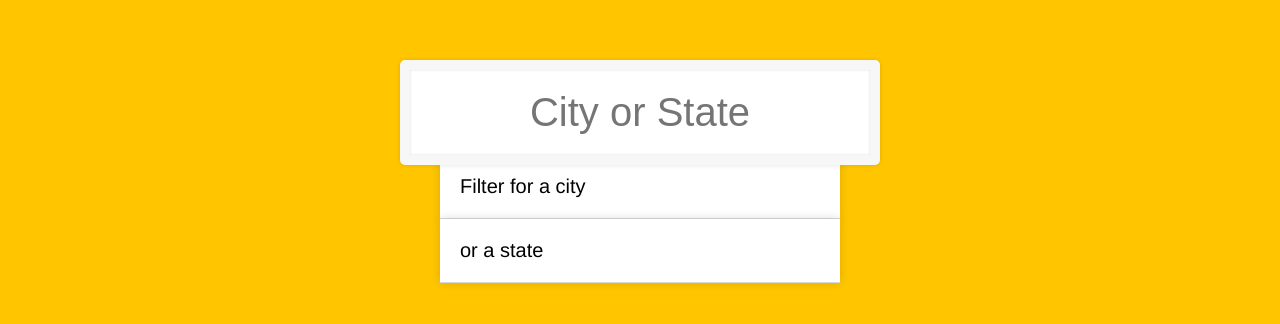
Repository: Saieebawake/Type-Ahead-City-or-State-Search
Page: index.html
These files come from the project's save history. The page is drawn as it stood at one moment and after a run of saves; the edit follows.
The browser window is 1280 px wide. The pictures show the whole page.
The page's requests for data from a server got no answer.

Above is the page before, as saved 2026-09-27 20:40:14.

### index.html
<!DOCTYPE html>
<html lang="en">
<head>
    <meta charset="UTF-8">
    <meta name="viewport" content="width=device-width, initial-scale=1.0">
    <title>Type Ahead</title>
    <link rel="stylesheet" href="style.css">
</head>
<body>
    <form class="search-form">
        <input type="text" class="search" placeholder="City or State">
        <ul class="suggestions">
            <li>Filter for a city</li>
            <li>or a state</li>
        </ul>
    </form>
    <script src="script.js"></script>
</body>
</html>

### style.css
html {
    box-sizing: border-box;
    background: #ffc600;
    font-family: 'helvetica neue';
    font-size: 20px;
    font-weight: 200;
}

*, *:before, *:after {
    box-sizing: inherit;
}

input {
    width: 100%;
    padding: 20px;
}

.search-form {
    max-width: 400px;
    margin: 50px auto;
}

input.search {
    margin: 0;
    text-align: center;
    outline: 0;
    border: 10px solid #f7f7f7;
    width: 120%;
    left: -10%;
    position: relative;
    top: 10px;
    z-index: 2;
    border-radius: 5px;
    font-size: 40px;
    box-shadow: 0 0 5px rgba(0, 0, 0, 0.12), inset 0 0 2px rgba(0, 0, 0, 0.19);
}

.suggestions {
    margin: 0;
    padding: 0;
    position: relative;
}

.suggestions li {
    background: white;
    list-style: none;
    border-bottom: 1px solid #d8d8d8;
    box-shadow: 0 0 10px rgba(0, 0, 0, 0.14);
    margin: 0;
    padding: 20px;
    transition: background 0.2s;
    display: flex;
    justify-content: space-between;
    text-tran
}

### script.js
const endpoint = 'https://gist.githubusercontent.com/Miserlou/c5cd8364bf9b2420bb29/raw/2bf258763cdddd704f8ffd3ea9a3e81d25e2c6f6/cities.json'

const cities = [];

fetch(endpoint)
.then(blob => blob.json())
.then(data => cities.push(...data))

function findMatches(wordToMatch, cities) {
    return cities.filter(place => {
        const regex = new RegExp(wordToMatch, 'gi');
        return place.city.match(regex) || place.state.match(regex)
    });
}

function numberWithCommas(x) {
    return x.toString().replace(/|B(?=(\d{3})+(?!\d))/g, ',');
}

function displayMatches() {
    const matchArray = findMatches(this.value, cities);
    const html = matchArray.map(place => {
        const regex = new RegExp(this.value, 'gi');
        const cityName = place.city.replace(regex,`<span class="hl">${this.value}</span>`);
        const stateName = place.state.replace(regex,`<span class="hl">${this.value}</span>`);
        return `
        <li>
        <span class="name">${cityName}, ${stateName}</span>
        <span class="population">${numberWithCommas(place.population)}</span>
        </li>`;
    }).join('');
    suggestions.innerHTML = html;
}

const searchInput = document.querySelector('.search');
const suggestions = document.querySelector('.suggestions');

searchInput.addEventListener('change', displayMatches);
searchInput.addEventListener('keyup', displayMatches);

After the next 2 saves:
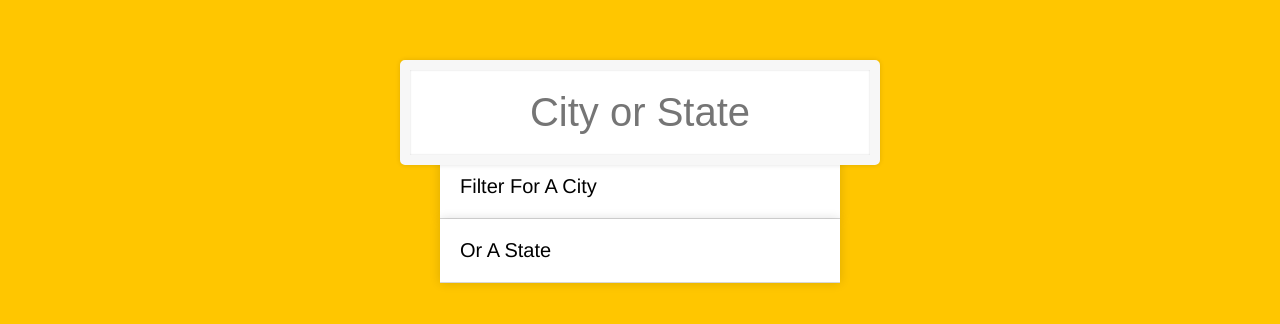
The 2 saves are shown as one change because they came seconds apart.
The last was saved 8 s later.
--- a/style.css
+++ b/style.css
@@ -51,5 +51,5 @@ input.search {
     transition: background 0.2s;
     display: flex;
     justify-content: space-between;
-    text-tran
+    text-transform: capitalize;
 }
